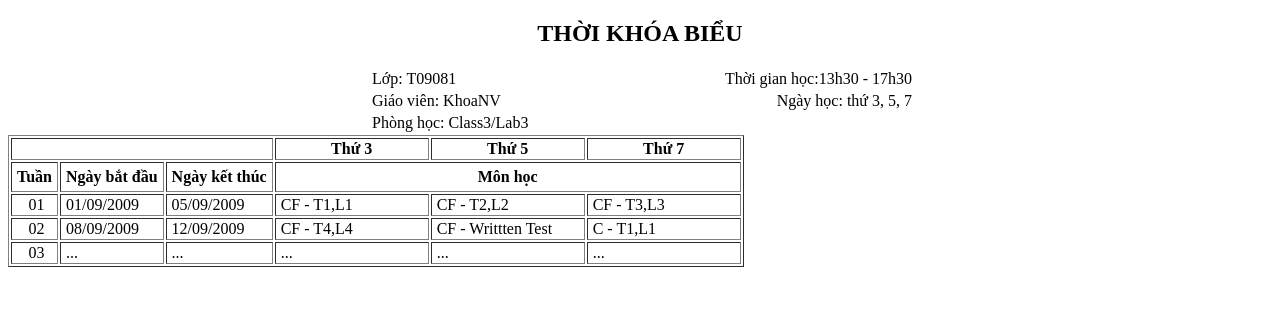
Repository: Lehuyhuynh/BT1-HTML
Page: index.html
An editor plug-in stored every save of this project. The page is shown before and after the next save, followed by the edit.
The browser window is 1280 px wide. The pictures show the whole page.

Above is the page before, as saved 2023-08-06 22:19:24.

After the next save:
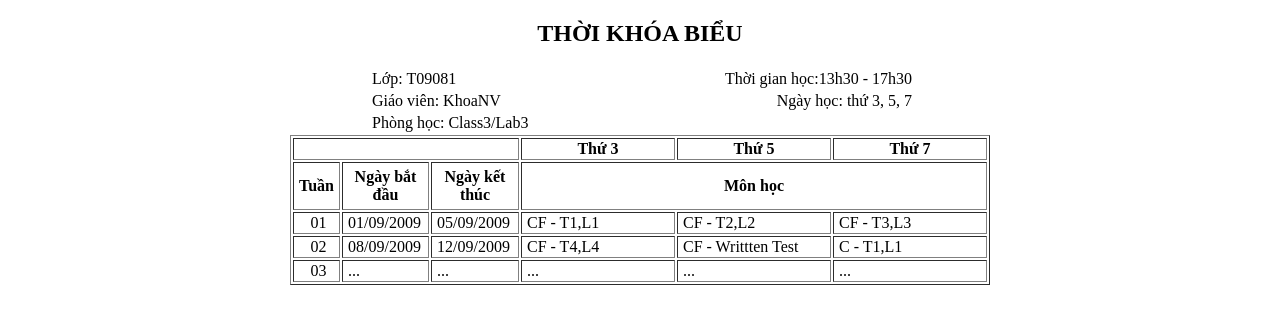
Saved 5 s later.
--- a/index.html
+++ b/index.html
@@ -15,12 +15,12 @@
     margin-left: auto;
     margin-right: auto;
     }
-    /* #table2{
+    #table2{
       width: 700px;
     display: block;
     margin-left: auto;
     margin-right: auto;
-    } */
+    }
 
     #rank{
       width: 150px;
